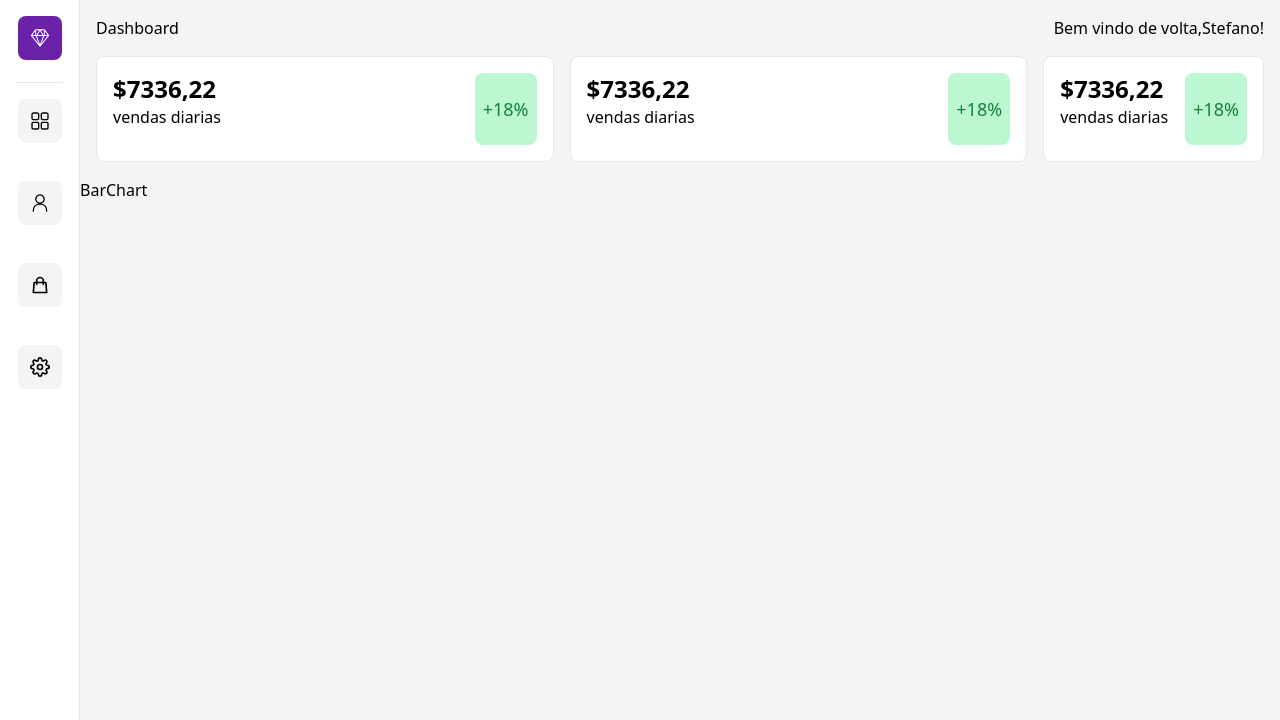
Repository: stefanosousaa/dashboard-next13
Page: /
The author's editor kept a copy of each file at every save. The page is drawn from the files as they stood at one save, then again after the next save.
The browser window is 1280 px wide. The pictures show the whole page.
The project was rebuilt for these pictures with package versions that can differ from the ones it lists, and the page was loaded fresh each time. The framework's server and built-in components were replaced by stand-ins that run in the browser. Also part of the build but not shown: next.config.js.

Above is the page before, as saved 2023-05-13 15:50:04.

### pages/_app.js
import Sidebar from '@/components/Sidebar'
import '@/styles/globals.css'

export default function App({ Component, pageProps }) {
  return (
    <Sidebar>
        <Component {...pageProps} />
    </Sidebar>

  )
}

### pages/index.js
import TopCards from '@/components/TopCards';
import Header from '../components/Header';
import Head from 'next/head';
import Image from 'next/image';
import BarChart from '@/components/BarChart';

export default function Home() {
  return (
    <>
      <Head>
        <title>Create Next App</title>
        <meta name="description" content="Generated by create next app" />
        <meta name="viewport" content="width=device-width, initial-scale=1" />
        <link rel="icon" href="/favicon.ico" />
      </Head>

      <main className='bg-gray-100 min-h-screen'>
        <Header/>
        <TopCards/>
        <BarChart/>
      </main>

    </>
  );
};

### components/Sidebar.jsx
import Link from 'next/link'
import Image from 'next/image'
import React from 'react'
import {RxSketchLogo,RxDashboard, RxPerson} from 'react-icons/rx'
import {FiSettings} from 'react-icons/fi'
import {HiOutlineShoppingBag} from 'react-icons/hi'

const Sidebar = ({children}) => {
  return (
    <div className='flex'>
        <div className='fixed w-20 h-screen p-4 bg-white border-r-[1px] flex flex-col justify-between'>
        <div className='flex flex-col items-center'>

          <Link href='/'>
            <div className='bg-purple-800 text-white p-3 rounded-lg inline-block'>
              <RxSketchLogo size={20}/>
            </div>
          </Link>
          <span className='border-b-[1px] border-gray-200 w-full p-2'></span>
          <Link href='/'>
            <div className='bg-gray-100 hover:bg-gray-200 cursor-pointer my-4 p-3 rounded-lg inline-block'>
              <RxDashboard size={20}/>
            </div>
          </Link>
          <Link href='/costumerd'>
            <div className='bg-gray-100 hover:bg-gray-200 cursor-pointer my-4 p-3 rounded-lg inline-block'>
              <RxPerson size={20}/>
            </div>
          </Link>
          <Link href='/orders'>
            <div className='bg-gray-100 hover:bg-gray-200 cursor-pointer my-4 p-3 rounded-lg inline-block'>
              <HiOutlineShoppingBag size={20}/>
            </div>
          </Link>
          <Link href='/'>
            <div className='bg-gray-100 hover:bg-gray-200 cursor-pointer my-4 p-3 rounded-lg inline-block'>
              <FiSettings size={20}/>
            </div>
          </Link>
        </div>
        </div>

        <main className='ml-20 w-full'>{children}</main>
    </div>
  )
}

export default Sidebar

### components/TopCards.jsx
import React from 'react'

const TopCards = () => {
  return (
    <div className='grid lg:grid-cols-5 gap-4 p-4'>
        <div className='lg:col-span-2 col-span-1 bg-white flex justify-between w-full border p-4 rounded-lg'>
           <div className='flex flex-col w-full pb-4'>
            <p className='text-2xl font-bold'>$7336,22</p>
            <p>vendas diarias</p>
        </div>
            <p className='bg-green-200 flex justify-center items-center p-2 rounded-lg'>
                <span className='text-green-700 text-lg'>+18%</span>
            </p>
        </div>
        <div className='lg:col-span-2 col-span-1 bg-white flex justify-between w-full border p-4 rounded-lg'>
           <div className='flex flex-col w-full pb-4'>
           <p className='text-2xl font-bold'>$7336,22</p>
            <p>vendas diarias</p>
           </div>
           <p className='bg-green-200 flex justify-center items-center p-2 rounded-lg'>
                <span className='text-green-700 text-lg'>+18%</span>
            </p>
        </div>
        <div className='bg-white flex justify-between w-full border p-4 rounded-lg'>
           <div className='flex flex-col w-full pb-4'>
           <p className='text-2xl font-bold'>$7336,22</p>
            <p>vendas diarias</p>
           </div>
           <p className='bg-green-200 flex justify-center items-center p-2 rounded-lg'>
                <span className='text-green-700 text-lg'>+18%</span>
            </p>
        </div>
    </div>
  )
}

export default TopCards

### components/Header.jsx
import React from 'react'

const Header = () => {
  return (
    <div className='flex justify-between px-4 pt-4'>
        <h2>Dashboard</h2>
        <h2>Bem vindo de volta,Stefano!</h2>
    </div>
  )
}

export default Header

### components/RecentOrders.jsx
import React from 'react'

const RecentOrders = () => {
  return (
    <div>RecentOrders</div>
  )
}

export default RecentOrders

Loaded but not shown: pages/_document.js (common file); styles/globals.css (common file); components/BarChart.jsx (common file); tailwind.config.js (common file)

After the next save:
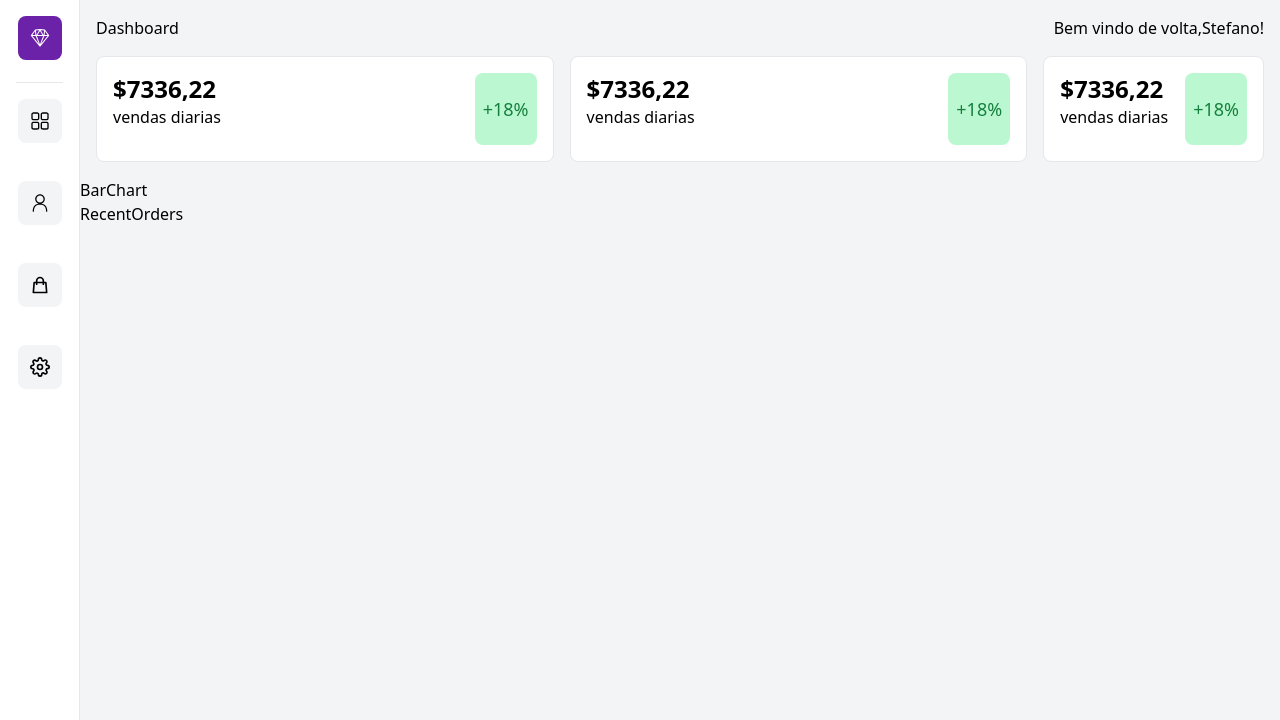
Saved 15 s later.
--- a/pages/index.js
+++ b/pages/index.js
@@ -3,6 +3,7 @@ import Header from '../components/Header';
 import Head from 'next/head';
 import Image from 'next/image';
 import BarChart from '@/components/BarChart';
+import RecentOrders from '@/components/RecentOrders';
 
 export default function Home() {
   return (
@@ -18,6 +19,7 @@ export default function Home() {
         <Header/>
         <TopCards/>
         <BarChart/>
+        <RecentOrders/>
       </main>
 
     </>
